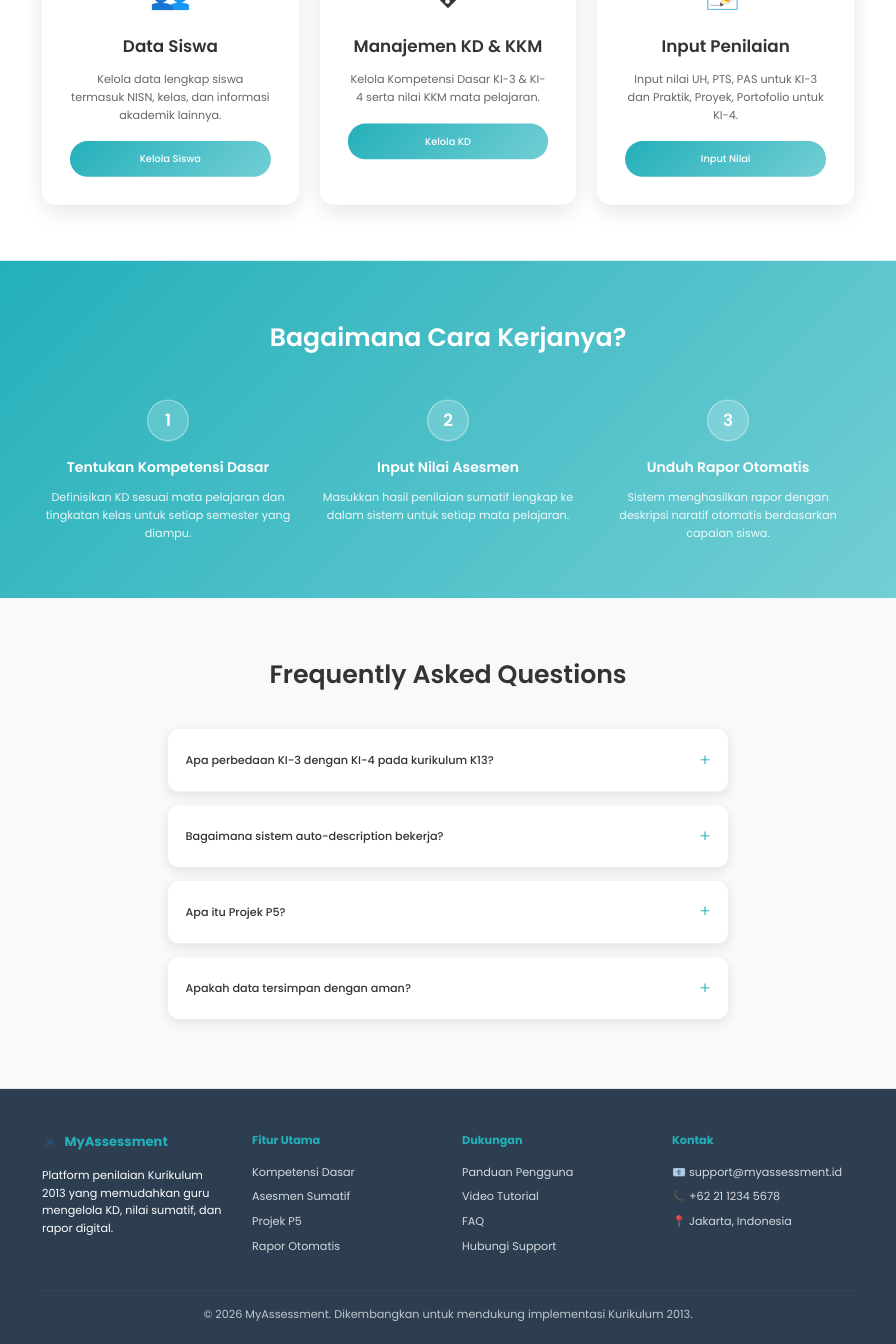
Repository: Ws529/MyAssassment_Final
Page: MyAssessment/index.html
An editor plug-in stored every save of this project. The page is shown before and after the next save, followed by the edit.
The browser window is 1280 px wide. The pictures show the part of the page from y = 1082 to 3002 px (the page is 3002 px tall), at 70% of full size.

Above is the page before, as saved 2026-01-01 13:36:10.

After the next save:
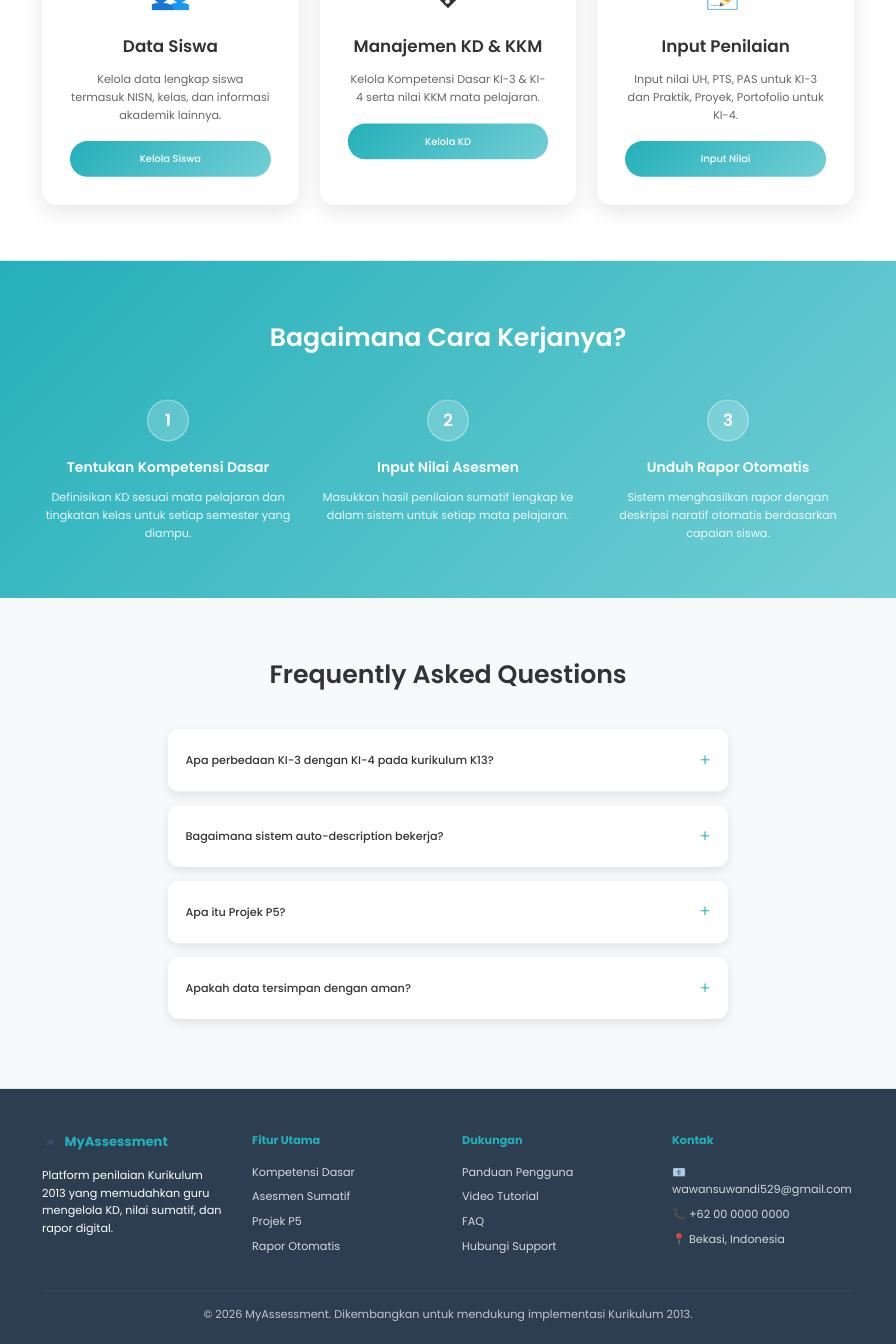
Saved 20 min 29 s later.
--- a/MyAssessment/index.html
+++ b/MyAssessment/index.html
@@ -281,9 +281,9 @@
                 <div class="footer-section">
                     <h4>Kontak</h4>
                     <ul>
-                        <li>📧 support@myassessment.id</li>
-                        <li>📞 +62 21 1234 5678</li>
-                        <li>📍 Jakarta, Indonesia</li>
+                        <li>📧 wawansuwandi529@gmail.com</li>
+                        <li>📞 +62 00 0000 0000</li>
+                        <li>📍 Bekasi, Indonesia</li>
                     </ul>
                 </div>
             </div>
